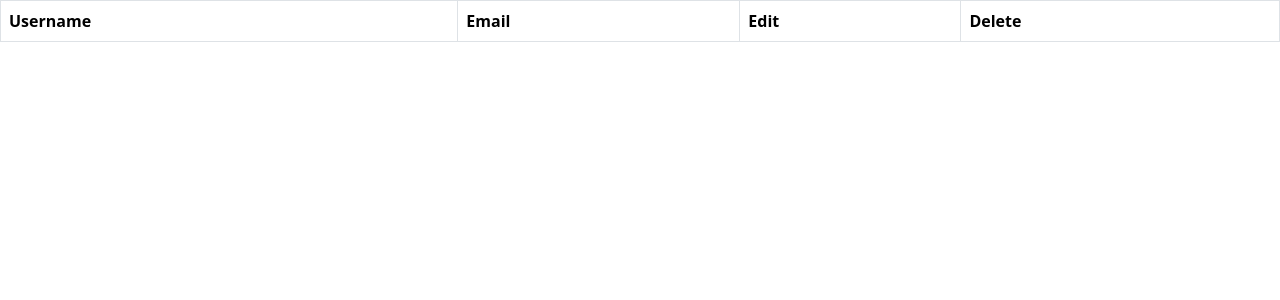
Repository: Sydwell1/ReactCourse
Page: / (app in Chapter11/beginning-react-chapter09-start/)
These files come from the project's save history. The page is drawn as it stood at one moment and after the next save; the edit follows.
The browser window is 1280 px wide. The pictures show the whole page.
The page's requests for data from a server got no answer. The project was rebuilt for these pictures with package versions that can differ from the ones it lists, and the page was loaded fresh each time. Some packages were replaced by stand-ins written for this rebuild. No one was signed in, and anything a server would have sent is missing. Queries for data that is not in the repository find no rows.

Above is the page before, as saved 2026-11-25 14:06:58.

### Chapter11/beginning-react-chapter09-start/public/index.html
<!DOCTYPE html>
<html lang="en">

<head>
  <meta charset="utf-8" />
  <link rel="icon" href="%PUBLIC_URL%/favicon.ico" />
  <meta name="viewport" content="width=device-width, initial-scale=1" />
  <meta name="theme-color" content="#000000" />
  <meta name="description" content="Web site created using create-react-app" />
  <link rel="apple-touch-icon" href="%PUBLIC_URL%/logo192.png" />
  <!--
      manifest.json provides metadata used when your web app is installed on a
      user's mobile device or desktop. See https://developers.google.com/web/fundamentals/web-app-manifest/
    -->
  <link rel="manifest" href="%PUBLIC_URL%/manifest.json" />
  <link rel="stylesheet" href="https://maxcdn.bootstrapcdn.com/bootstrap/latest/css/bootstrap.min.css">
  <!--
      Notice the use of %PUBLIC_URL% in the tags above.
      It will be replaced with the URL of the `public` folder during the build.
      Only files inside the `public` folder can be referenced from the HTML.

      Unlike "/favicon.ico" or "favicon.ico", "%PUBLIC_URL%/favicon.ico" will
      work correctly both with client-side routing and a non-root public URL.
      Learn how to configure a non-root public URL by running `npm run build`.
    -->
  <title>React App</title>
</head>

<body>
  <noscript>You need to enable JavaScript to run this app.</noscript>
  <div id="root"></div>
  <!--
      This HTML file is a template.
      If you open it directly in the browser, you will see an empty page.

      You can add webfonts, meta tags, or analytics to this file.
      The build step will place the bundled scripts into the <body> tag.

      To begin the development, run `npm start` or `yarn start`.
      To create a production bundle, use `npm run build` or `yarn build`.
    -->
</body>

</html>

### Chapter11/beginning-react-chapter09-start/src/index.js
import React from 'react';
import ReactDOM from 'react-dom/client';
import './index.css';
import 'bootstrap/dist/css/bootstrap.min.css';
import App from './App';
import reportWebVitals from './reportWebVitals';
import firebase from 'firebase/compat/app';
import 'firebase/compat/database';


// Import the functions you need from the SDKs you need
import { initializeApp } from "firebase/app";
// TODO: Add SDKs for Firebase products that you want to use
// https://firebase.google.com/docs/web/setup#available-libraries

// Your web app's Firebase configuration
const firebaseConfig = {
  apiKey: "AIzaSyCghhflBGP4YjGdUq3PF6wv2VXS5nTMxDI",
  authDomain: "chapter11reactcoursefinal.firebaseapp.com",
  projectId: "chapter11reactcoursefinal",
  storageBucket: "chapter11reactcoursefinal.firebasestorage.app",
  messagingSenderId: "290579928585",
  appId: "1:290579928585:web:26fb6692aefbf684a8cad8",
  databaseURL: "https://chapter11reactcoursefinal-default-rtdb.firebaseio.com/"

};

firebase.initializeApp(firebaseConfig);


// firebase.initializeApp(firebaseConfig);

const root = ReactDOM.createRoot(document.getElementById('root'));
root.render(
  <React.StrictMode>
    <App />
  </React.StrictMode>
);

reportWebVitals();

### Chapter11/beginning-react-chapter09-start/src/App.js
import React, { Component } from 'react';
import User from './User';
import { BrowserRouter, Route, Switch } from 'react-router-dom';

class App extends Component {
  render() {
    return (
      <div>
        <BrowserRouter>
          <div>
            <Switch>
              <Route exact path="/" component={User} />
              <Route path="/*" component={NotFound} />
            </Switch>
          </div>
        </BrowserRouter>
      </div>
    );
  }
}

class NotFound extends Component {
  render() {
    return <div>Not Found</div>
  }
}

export default App;

### Chapter11/beginning-react-chapter09-start/src/User.js
import React, { Component } from 'react';
import firebase from 'firebase/compat/app';
import 'firebase/compat/database';
import { Table } from 'react-bootstrap';

class User extends Component {
    constructor(props) {
        super(props);
        this.state = {
            users: []
        };
    }

    componentDidMount() {
        firebase.database().ref('/')
            .on('value', snapshot => {
                let returnArr = [];
                //loops through database
                //pushes values to state
                snapshot.forEach(data => {
                    let user = data.val();
                    user['key'] = data.key;
                    returnArr.push(user);
                });
                //users array now has 10 objects
                this.setState({
                    users: returnArr
                })
            });
    }

    render() {
        //populates table rows with database objects
        const listUsers = this.state.users.map((user) =>
            <tr key={user.key}>
                <td>{user.username}</td>
                <td>{user.email}</td>
                <td>Edit</td>
                <td>Remove</td>
            </tr>
        );

        return (
            <div>
                <Table striped bordered hover>
                    <thead>
                        <tr>
                            <th>Username</th>
                            <th>Email</th>
                            <th>Edit</th>
                            <th>Delete</th>
                        </tr>
                    </thead>
                    <tbody>
                        {listUsers}
                    </tbody>
                </Table>
            </div>
        );
    }
}

export default User;

Loaded but not shown: Chapter11/beginning-react-chapter09-start/src/index.css (common file); Chapter11/beginning-react-chapter09-start/src/reportWebVitals.js (common file)

After the next save:
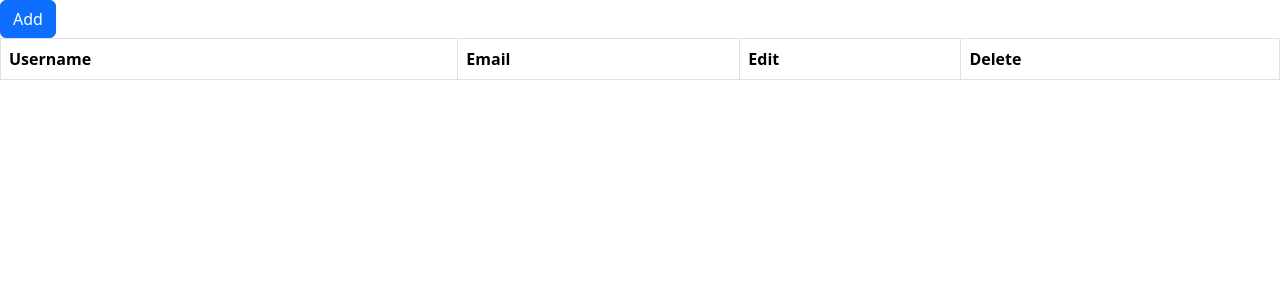
Saved 81 s later.
--- a/Chapter11/beginning-react-chapter09-start/src/User.js
+++ b/Chapter11/beginning-react-chapter09-start/src/User.js
@@ -1,7 +1,7 @@
 import React, { Component } from 'react';
 import firebase from 'firebase/compat/app';
 import 'firebase/compat/database';
-import { Table } from 'react-bootstrap';
+import { Table, Button } from 'react-bootstrap';
 
 class User extends Component {
     constructor(props) {
@@ -9,6 +9,7 @@ class User extends Component {
         this.state = {
             users: []
         };
+        this.add = this.add.bind(this);
     }
 
     componentDidMount() {
@@ -29,6 +30,10 @@ class User extends Component {
             });
     }
 
+    add(e) {
+        this.props.history.push("/add");
+    }
+
     render() {
         //populates table rows with database objects
         const listUsers = this.state.users.map((user) =>
@@ -42,6 +47,7 @@ class User extends Component {
 
         return (
             <div>
+                <Button variant="primary" onClick={this.add}>Add</Button>
                 <Table striped bordered hover>
                     <thead>
                         <tr>
